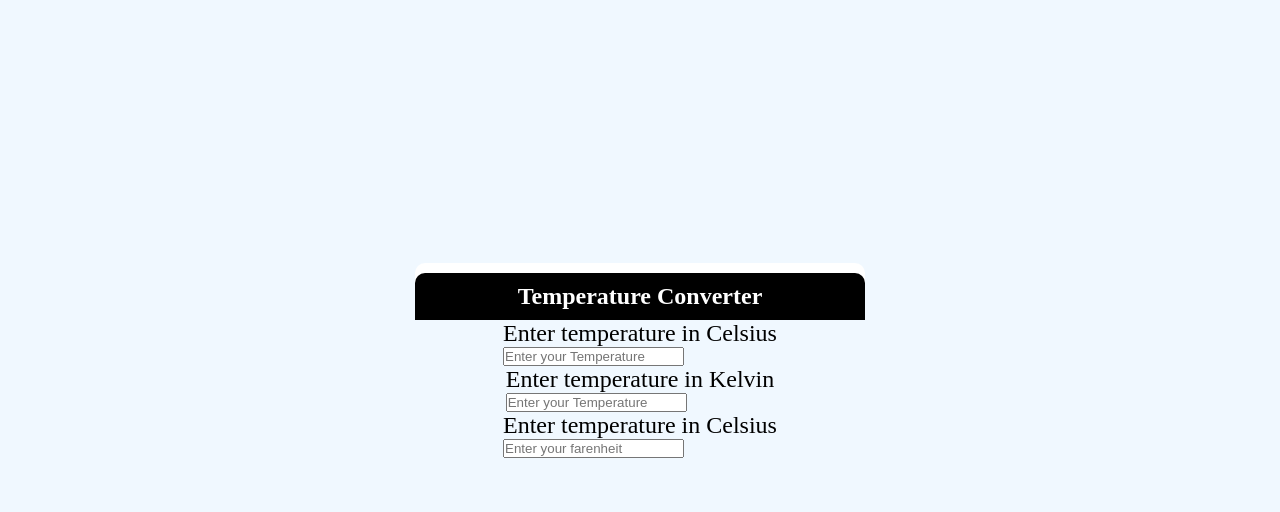
Repository: JunaidAnsari202/Temperature-Converter
Page: index.html
These files come from the project's save history. The page is drawn as it stood at one moment and after a run of saves; the edit follows.
The browser window is 1280 px wide. The pictures show the whole page.

Above is the page before, as saved 2024-10-16 13:35:24.
Not found: script,js

### index.html
<!DOCTYPE html>
<html lang="en">
<head>
    <meta charset="UTF-8">
    <meta name="viewport" content="width=device-width, initial-scale=1.0">
    <title>Temperatue converter</title>
    <link rel="stylesheet" href="style.css">
</head>
<body>
  <div class="container">
    <div class="header">
        <h2>Temperature Converter</h2>
    </div>
  </div>
  <div class="input1">
    <label for="input1">  Enter temperature in Celsius </label>
    <input type="number" id="calsius" placeholder="Enter your Temperature">
  </div>
  <div class="input2">
    <label for="input2">  Enter temperature in Kelvin </label>
    <input type="number" id="kelvin" placeholder="Enter your Temperature">
  </div>
  <div class="input3">
    <label for="input3">  Enter temperature in Celsius </label>
    <input type="number" id="farenheit" placeholder="Enter your farenheit">
  </div>
    <script src="script,js"></script>
</body>
</html>

### style.css
*{
    margin: 0;
    padding: 0;
    box-sizing: border-box;
}

body{
    background-color: aliceblue;
    display: flex;
    justify-content: center;
    align-items: center;
    height: 100vh;
    flex-direction: column;

}

.container{
    width: 450px;
    background-color: white;
    border-radius: 10px;
    text-align: center;

}

.header{
    margin-top: 10px;
    background-color: black;
    color: white;
    font-size: 1rem;
    padding: 10px;
    border-radius: 10px 10px 0 0;

}

label{
    display: block;
    font-size: 1.5rem;

}

After the next 14 saves:
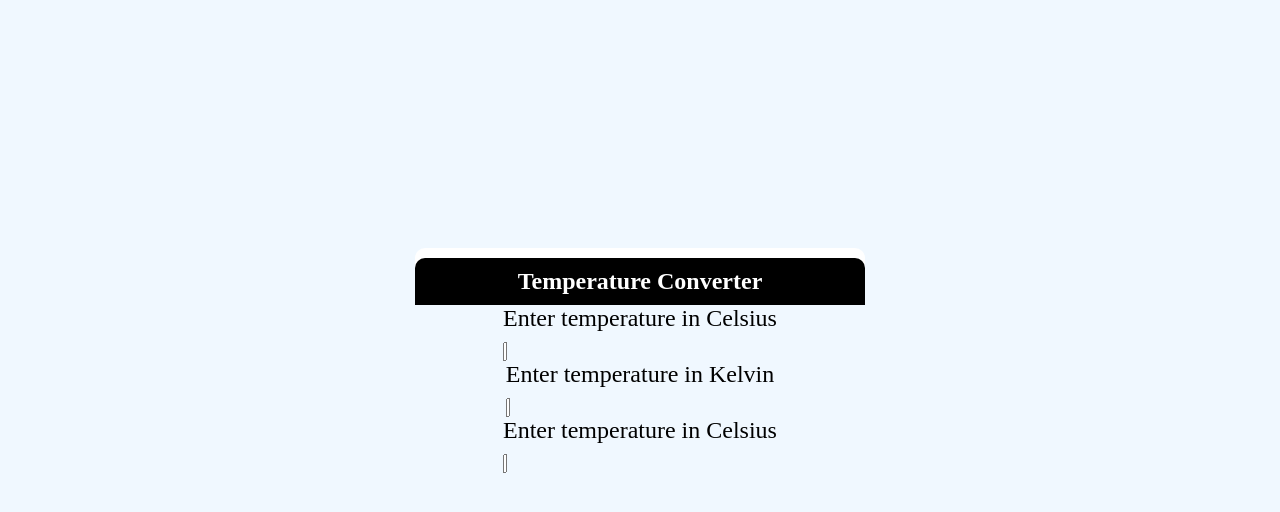
The 14 saves are shown as one change because they came seconds apart.
The last was saved 22 s later.
--- a/style.css
+++ b/style.css
@@ -35,5 +35,9 @@ body{
 label{
     display: block;
     font-size: 1.5rem;
+    margin-bottom: 10px;
+}
 
+input{
+    width: 0;
 }
